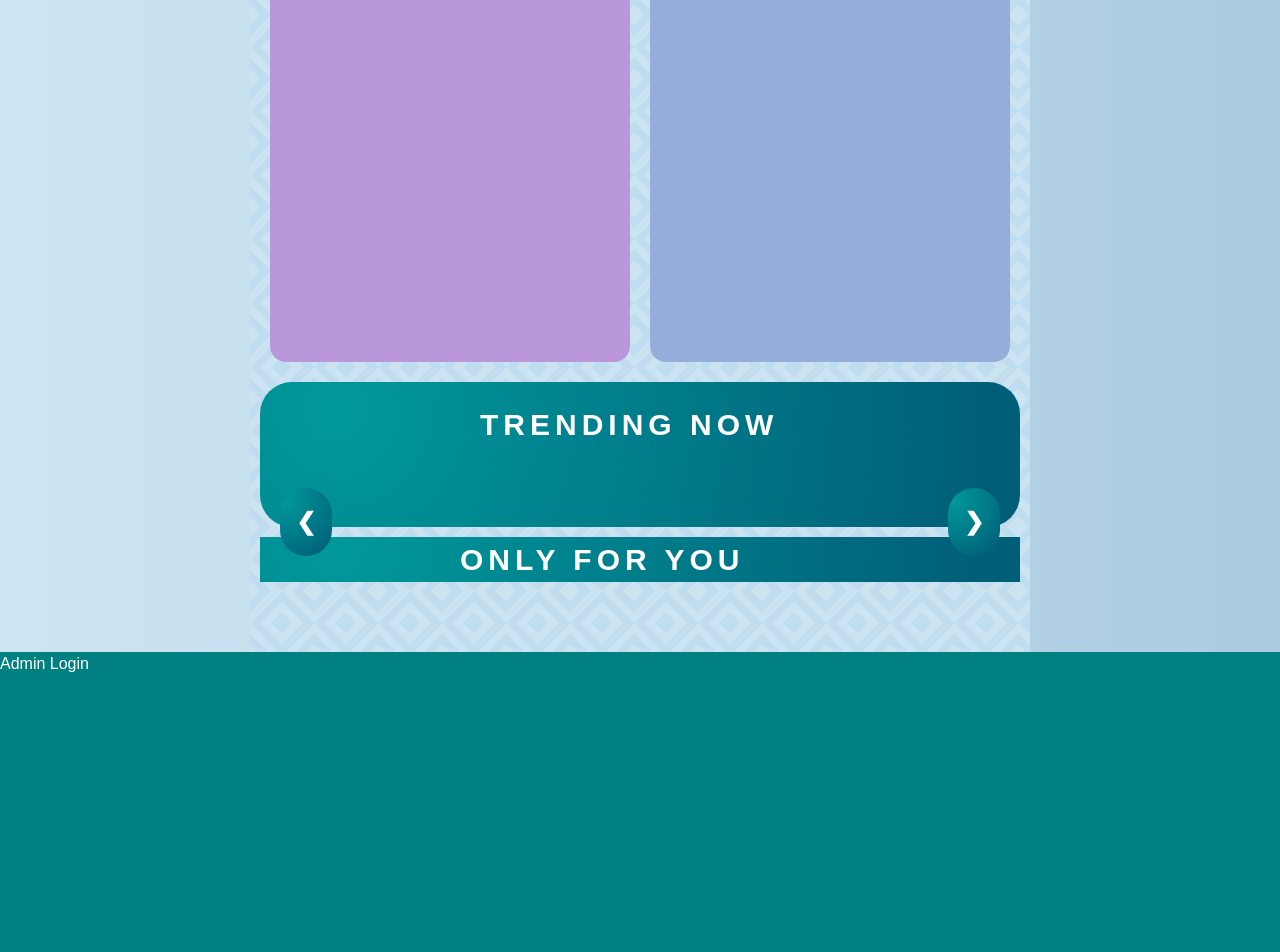
Repository: Shadman2024/2_1_DatabaseProject
Page: / (app in frontend/)
An editor plug-in stored every save of this project. The page is shown before and after the next save, followed by the edit.
The browser window is 1280 px wide. The pictures show the part of the page from y = 917 to 1869 px (the page is 1869 px tall).
The page's requests for data from a server got no answer. Some web libraries are served in a nearby version. The project was rebuilt for these pictures with package versions that can differ from the ones it lists, and the page was loaded fresh each time. No one was signed in, and anything a server would have sent is missing. Also part of the build but not shown: frontend/src/App.css, frontend/src/signUp/signup.js, frontend/src/logIn/login.js, frontend/src/Home/hero.js, frontend/src/Home/hero2.js, frontend/src/Home/hero3.js, frontend/src/Home/smallcategory.module.css, frontend/src/Home/smallcategory.js and 23 more.

Above is the page before, as saved 2024-03-09 17:40:14.

After the next save:
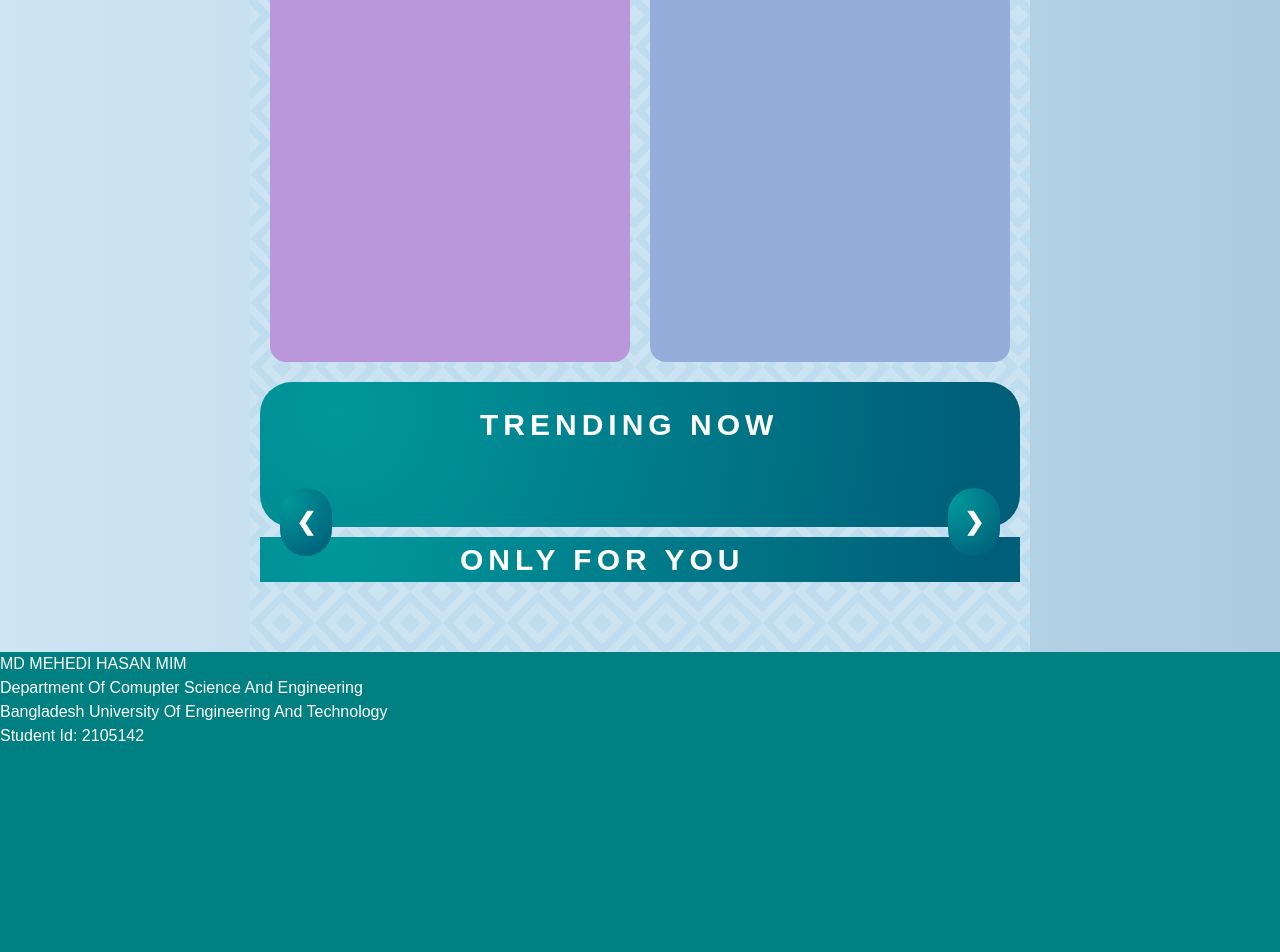
Saved 5 min 29 s later.
--- a/frontend/src/Home/footer.js
+++ b/frontend/src/Home/footer.js
@@ -8,7 +8,13 @@ const footer = () => {
   return (
     <Fragment>
         <div className={styles.container}>
-            <div>Admin Login</div>
+            <div className={styles.man}>
+              <div className={styles.title}>MD MEHEDI HASAN MIM</div>
+              <div className={styles.title}>Department Of Comupter Science And Engineering</div>
+              <div className={styles.title}>Bangladesh University Of Engineering And Technology</div>
+              <div className={styles.title}>Student Id: 2105142</div>
+            </div>
+
         </div>
     </Fragment>
   );
